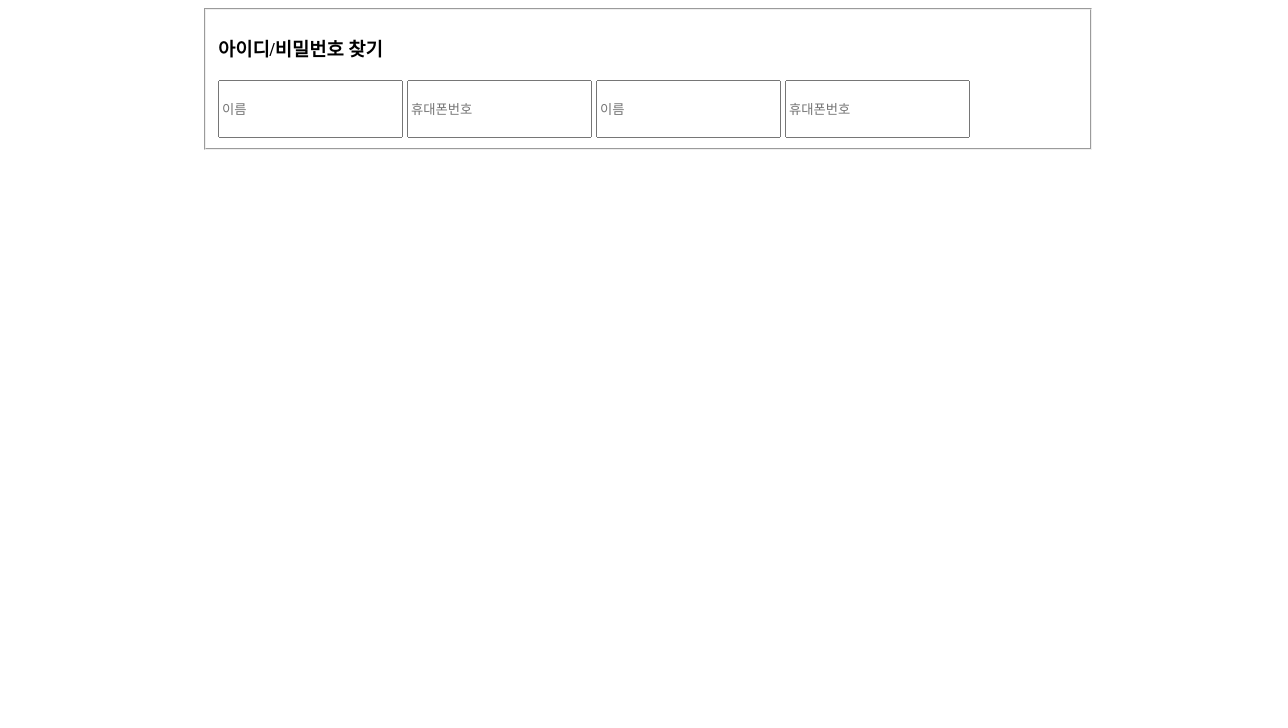
Repository: agheha/trillion
Page: YH/study_project/html/find.html
An editor plug-in stored every save of this project. The page is shown before and after a run of saves, followed by the edit.
The browser window is 1280 px wide. The page is 1288 px wide, so the pictures cover 1288 px, including what lies to the right of the window. The pictures show the whole page.

Above is the page before, as saved 2019-09-04 18:02:54.

### YH/study_project/html/find.html
<!DOCTYPE html>
<html lang="en">
<head>
    <meta charset="UTF-8">
    <meta name="viewport" content="width=device-width, initial-scale=1.0">
    <meta http-equiv="X-UA-Compatible" content="ie=edge">
    <title>Document</title>
    <link rel="stylesheet" href="./../css/find.css">
</head>
<body>
    <div>
        <fieldset>
            <form action="">
                <h3>아이디/비밀번호 찾기</h3>
                    <div class="row"></div>
                    <span>
                        <input class="form_find"type="text" id="name" placeholder="이름">
                        <input class="form_find"type="text" id="pass" placeholder="휴대폰번호">
                    </span>
                    <span>
                        <input class="form_find"type="text" id="name" placeholder="이름">
                        <input class="form_find"type="text" id="pass" placeholder="휴대폰번호">
                    </span>

                    <span></span>
                    <div class="row"></div>
            </form>

            </form>
        </fieldset>
    </div>
</body>
</html>

### YH/study_project/css/find.css
html,body {
    width: 100%;
    height: 100%;
}
fieldset {
    width : 860px;
    margin : 0 auto;

}
.form_find {
    width : %;
    height: 52px;
}
form {
    margin : 0 auto;
}

After the next 2 saves:
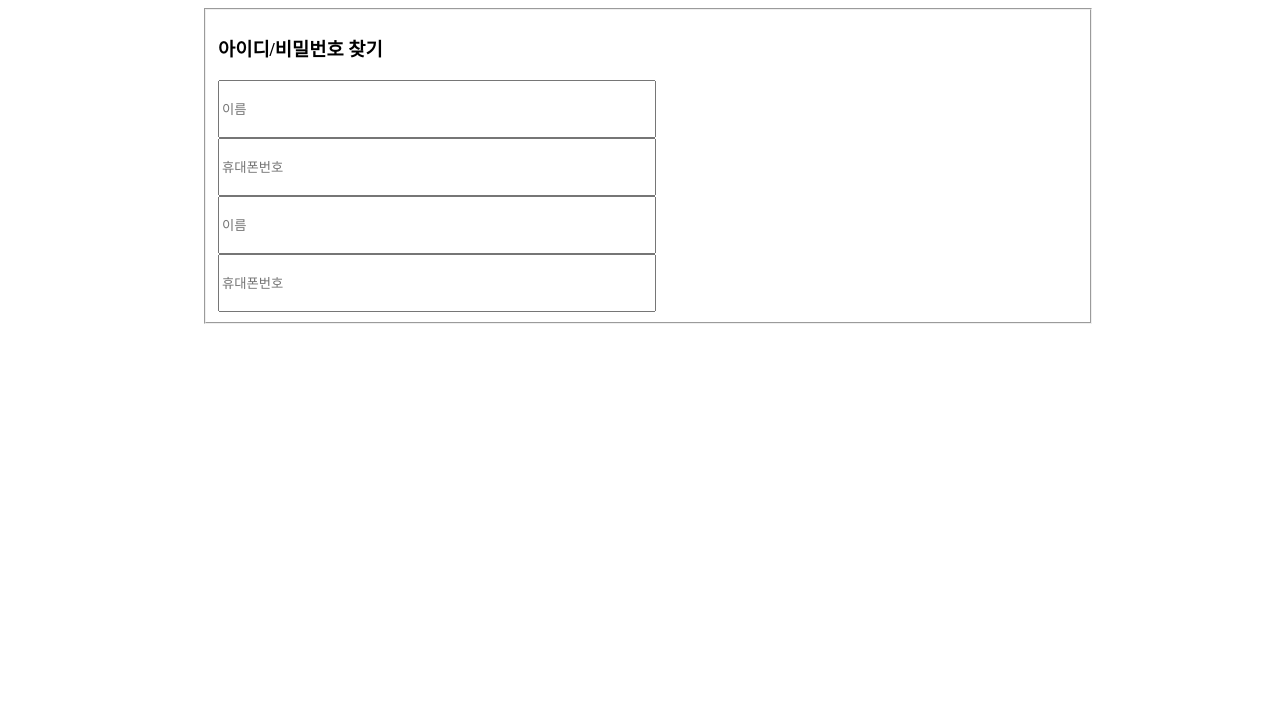
The 2 saves are shown as one change because they came seconds apart.
The last was saved 8 s later.
--- a/YH/study_project/css/find.css
+++ b/YH/study_project/css/find.css
@@ -8,9 +8,6 @@ fieldset {
 
 }
 .form_find {
-    width : %;
+    width : 50%;
     height: 52px;
 }
-form {
-    margin : 0 auto;
-}
